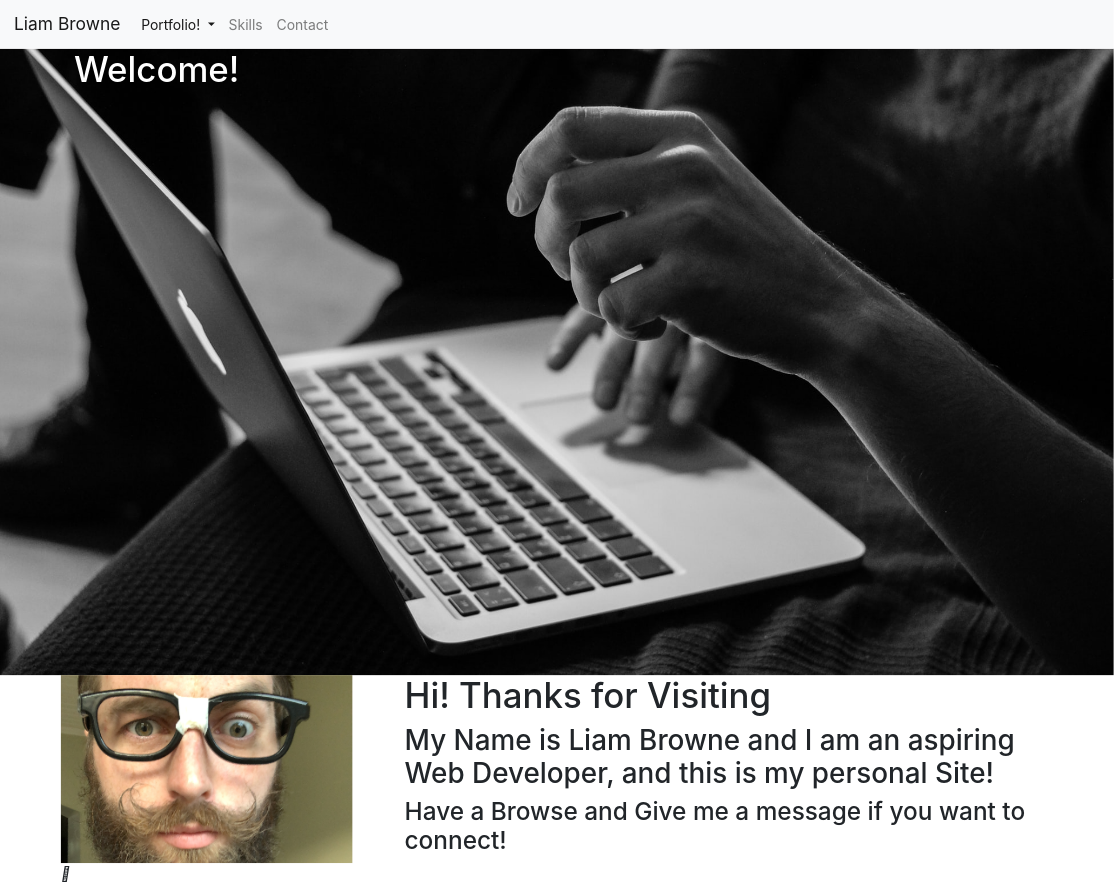
Repository: LiamB123/LiamBrowne.com.github.io
Page: index.html
The author's editor kept a record of every edit. The page is drawn from the files as they stood at one moment, then again after the next edit.
The browser window is 1280 px wide. The pictures show the whole page, at 87% of full size.
Backgrounds fixed to the window are drawn as part of the page.

Above is the page before.

### index.html
<!DOCTYPE html>
<html lang="en">

<head>
  <meta charset="UTF-8">
  <meta name="viewport" content="width=device-width, initial-scale=1.0">


  <meta http-equiv="X-UA-Compatible" content="ie=edge">

  <title>Liam Browne</title>

  <!--Boostrap Links for Css, Js and Jquery --->
  <link rel="stylesheet" href="https://stackpath.bootstrapcdn.com/bootstrap/4.4.1/css/bootstrap.min.css" integrity="sha384-Vkoo8x4CGsO3+Hhxv8T/Q5PaXtkKtu6ug5TOeNV6gBiFeWPGFN9MuhOf23Q9Ifjh" crossorigin="anonymous">

  <script src="https://code.jquery.com/jquery-3.4.1.slim.min.js" integrity="sha384-J6qa4849blE2+poT4WnyKhv5vZF5SrPo0iEjwBvKU7imGFAV0wwj1yYfoRSJoZ+n" crossorigin="anonymous"></script>
  <script src="https://cdn.jsdelivr.net/npm/popper.js@1.16.0/dist/umd/popper.min.js" integrity="sha384-Q6E9RHvbIyZFJoft+2mJbHaEWldlvI9IOYy5n3zV9zzTtmI3UksdQRVvoxMfooAo" crossorigin="anonymous"></script>
  <script src="https://stackpath.bootstrapcdn.com/bootstrap/4.4.1/js/bootstrap.min.js" integrity="sha384-wfSDF2E50Y2D1uUdj0O3uMBJnjuUD4Ih7YwaYd1iqfktj0Uod8GCExl3Og8ifwB6" crossorigin="anonymous"></script>

  <!--Boostrap Links for Font Awesome--->
  <link rel="stylesheet" href="https://stackpath.bootstrapcdn.com/font-awesome/4.7.0/css/font-awesome.min.css" type="text/css" />

  <link rel="stylesheet" href="static/css/custom.css" type="text/css" />

</head>

<body>


  <nav class="navbar navbar-expand-lg navbar-light bg-light">
    <a class="navbar-brand" href="index.html">Liam Browne </a>
    <button class="navbar-toggler" type="button" data-toggle="collapse" data-target="#navbarSupportedContent" aria-controls="navbarSupportedContent" aria-expanded="false" aria-label="Toggle navigation">
    <span class="navbar-toggler-icon"></span>
  </button>

    <div class="collapse navbar-collapse" id="navbarSupportedContent">
      <ul class="navbar-nav mr-auto">
        <li class="nav-item active nav-item dropdown">
          <a class="nav-link dropdown-toggle" href="" id="navbarDropdown" role="button" data-toggle="dropdown" aria-haspopup="true" aria-expanded="false">
          Portfolio!
        </a>
          <div class="dropdown-menu" aria-labelledby="navbarDropdown">
            <a class="dropdown-item" href="portfolio.html">Take me there!</a>
            <a class="dropdown-item" target="_blank" href="https://liams-the-store.herokuapp.com/">E-Commerce</a>
            <a class="dropdown-item" href="https://liams-booze.herokuapp.com/">Booze Clues</a>
            <div class="dropdown-divider"></div>
            <a class="dropdown-iitem" href="https://github.com/LiamB123/">
           Check out my GitHub</a>
          </div>
        </li>
        <a class="nav-link" href="Skills.html">Skills<span class="sr-only">(current)</span></a>
        </li>
        <li class="nav-item">
          <a class="nav-link" href="contact.html">Contact</a>
        </li>

      </ul>

    </div>
  </nav>
  <!----Masthead Section---->

  <section>
    <div id="title-img">
      <div class="container">


        <h1 class="white-lettering">
          Welcome!
        </h1>


      </div>
    </div>
  </section>
  <div class="container">
    <div class="row ">
      <div id="liam-img" class="col-sm-4 col-md-4 col-lg-4 col-xl-4">


      </div>
      <div class="col-sm-8 col-md-8 col-lg-8">
        <h1>Hi! Thanks for Visiting</h1>
        <h2>My Name is Liam Browne and I am an aspiring Web Developer, and this is my personal Site!</h2>
        <h3>Have a Browse and Give me a message if you want to connect!</h3>
      </div>
    </div>
    </section>
</body>

<footer>
  <div class="row">
    <div class="col-4-sm col-4-md col-4-lg">

      <i class="fab fa-twitter">

      </i>
    </div>
  </div>
  </div>
</footer>

</html>

### static/css/custom.css
/*Image Classes*/


#contact-img {
    min-height: 100vh;
    min-width: 100%;
    z-index: -1;
    background-image: url("../img/keyboard.jpg");
    background-repeat: no-repeat;
    background-position: center;
    background-attachment: fixed;
}


#title-img{
    background-attachment: fixed;
    background-image: url("../img/laptop.jpg");
    background-position: bottom;
    background-size: cover;
   min-height: 100vh;
    min-width: 100%;
    margin-bottom: 0px;
    z-index: -1;
}
#liam-img{
    background-attachment: fixed;
    background-repeat: no-repeat;
    background-image: url("../img/nerd.jpg");
    background-position: left;
    min-height:auto;
    min-width: auto;
    margin-bottom: 0px;
}


.portfolio-img {
    min-height: 100vh;
    min-width: 100%;
    z-index: -1;
    background-image: url("../img/portfolio.jpg");
    background-repeat: no-repeat;
    background-position: center;
    background-attachment: fixed;
}


.white-lettering{
    color: white;
}

.portfolio-sizing{
    padding-top: 20%;

}


.vertical-align-center{
    padding-top:40%;
    text-align: center;
    padding-bottom: 20%;
}
.tall{
    height:10vh;
    font-size: 5vh;
}

After the next edit:
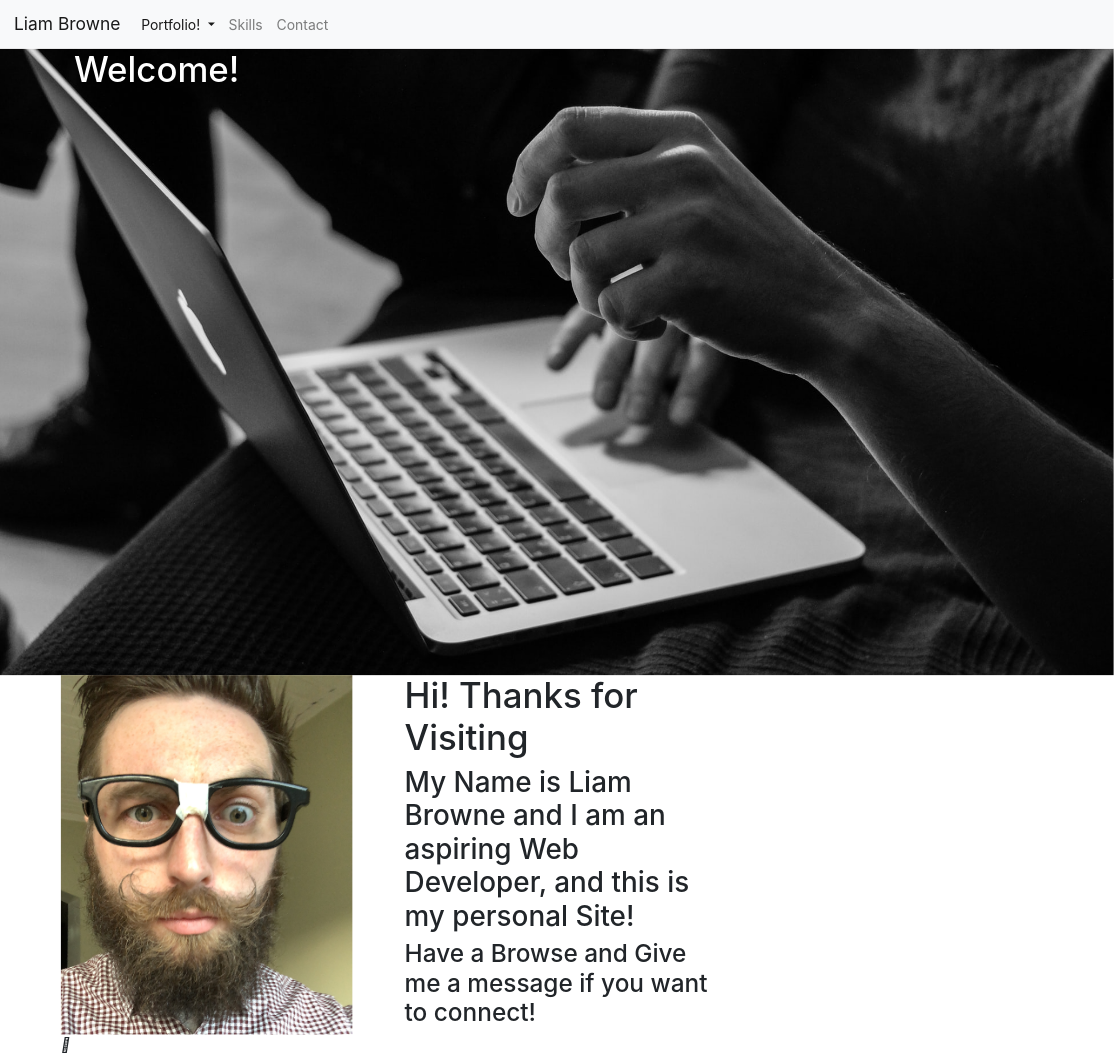
The edit:
--- a/index.html
+++ b/index.html
@@ -79,7 +79,7 @@
 
 
       </div>
-      <div class="col-sm-8 col-md-8 col-lg-8">
+      <div class="col-sm-8 col-md-8 col-lg-8 col-xl-4">
         <h1>Hi! Thanks for Visiting</h1>
         <h2>My Name is Liam Browne and I am an aspiring Web Developer, and this is my personal Site!</h2>
         <h3>Have a Browse and Give me a message if you want to connect!</h3>
